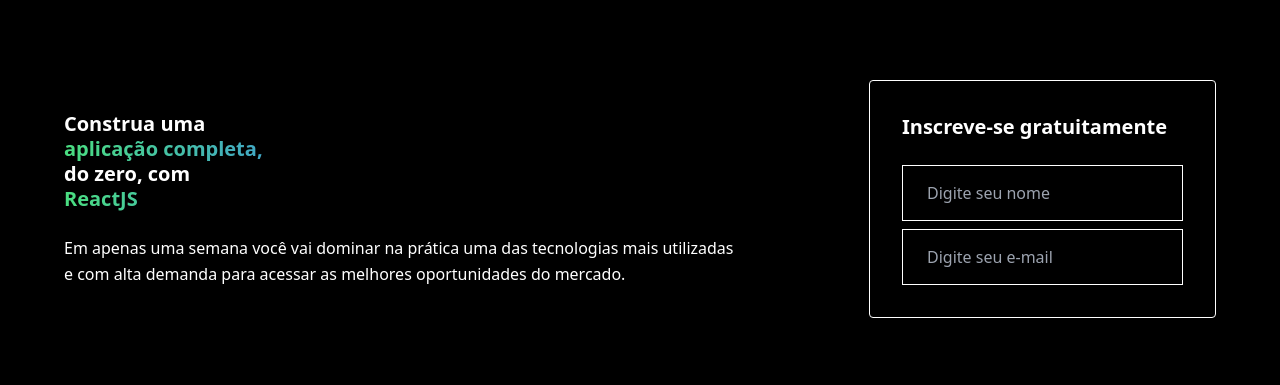
Repository: LuisSempre/Ignite-Lab---ReactJs-2022
Page: /
The author's editor kept a copy of each file at every save. The page is drawn from the files as they stood at one save, then again after the next save.
The browser window is 1280 px wide. The pictures show the whole page.
The project was rebuilt for these pictures with package versions that can differ from the ones it lists, and the page was loaded fresh each time. Also part of the build but not shown: vite.config.ts, components/Header.tsx, components/Lesson.tsx, components/Sidebar.tsx, pages/Event.tsx. Imported but missing from the stored project, and not drawn on this page: components/Video.

Above is the page before, as saved 2022-06-24 23:54:15.

### index.html
<!DOCTYPE html>
<html lang="en">
  <head>
    <meta charset="UTF-8" />
    <link rel="icon" type="image/svg+xml" href="/src/icon.png" />
    <meta name="viewport" content="width=device-width, initial-scale=1.0" />
    <title>Vite App</title>
  </head>
  <body>
    <div id="root"></div>
    <script type="module" src="/src/main.tsx"></script>
  </body>
</html>

### src/main.tsx
import React from 'react'
import ReactDOM from 'react-dom/client'
import App from './App'
import './index.css'

ReactDOM.createRoot(document.getElementById('root')!).render(
  <React.StrictMode>
      <App />
  </React.StrictMode>
)

### src/App.tsx
import { ApolloProvider, gql, useQuery } from "@apollo/client"
import { Router } from "../Router"
import { client } from '../lib/apollo'
import { BrowserRouter } from "react-router-dom"

function App() {
  return (
    <ApolloProvider client={client}>
      <BrowserRouter>
        <Router />
      </BrowserRouter>
    </ApolloProvider>
  )
}

export default App

### Router.tsx
import { Route, Routes } from "react-router-dom";
import { Event } from './pages/Event'
import { Subscribe } from './pages/Subscribe'
export function Router() {
    return(
      <Routes>
           <Route path="/" element={<Subscribe />}/>
           <Route path="/event" element={<Event />}/>
           <Route path="/event/lesson/:slug" element={<Event />}/>
      </Routes>
    )
}

### lib/apollo.ts
import { ApolloClient, InMemoryCache } from "@apollo/client";

export const client = new ApolloClient({
  uri: 'https://api-sa-east-1.graphcms.com/v2/cl4n4k5w68h3x01yra00r5rzf/master',
  cache: new InMemoryCache(),
})

### pages/Subscribe.tsx
export function Subscribe() {

    return (
        <div className='flex flex-col items-center min-h-screen'>
            <div className="flex items-center justify-between w-full max-w-6xl mx-auto mt-20">
                <div className="max-w-2xl">
                    <h1 className="mb-6 text-xl font-extrabold leading-tight">
                        Construa uma&nbsp;
                         <span className="block w-full text-transparent bg-clip-text bg-gradient-to-r from-green-400 via-blue-500 to-purple-500">
                            aplicação completa,&nbsp;
                        </span>
                        do zero, com&nbsp;
                         <span className="block w-full text-transparent bg-clip-text bg-gradient-to-r from-green-400 via-blue-500 to-purple-500">
                             ReactJS
                        </span>
                    </h1>
                    <p className="leading-relaxed">
                        Em apenas uma semana você vai dominar na prática uma das tecnologias mais utilizadas e com alta demanda para acessar as melhores oportunidades do mercado.
                    </p>
                </div>
                <div className="p-8 border border-white rounded">
                    <strong className="block mb-6 text-xl">Inscreve-se gratuitamente</strong>
                    <form action="" className="flex flex-col w-full gap-2">
                        <input className="px-6 bg-black border border-white h-14" type="text" placeholder="Digite seu nome"/>
                        <input className="px-6 bg-black border border-white h-14" type="text" placeholder="Digite seu e-mail"/>
                    </form>
                </div>
            </div>
        </div>
    )
}

Loaded but not shown: src/index.css (common file); tailwind.config.js (common file)

After the next save:
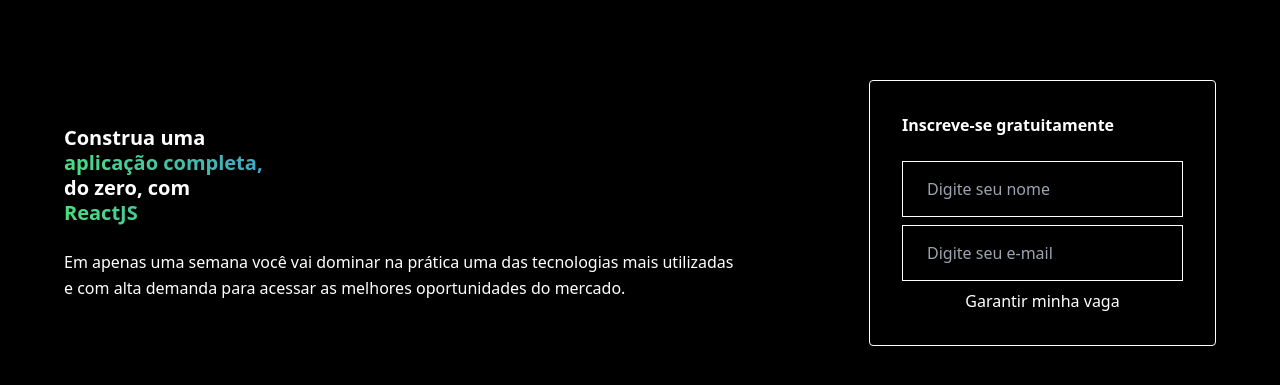
Saved 43 s later.
--- a/pages/Subscribe.tsx
+++ b/pages/Subscribe.tsx
@@ -19,10 +19,13 @@
                     </p>
                 </div>
                 <div className="p-8 border border-white rounded">
-                    <strong className="block mb-6 text-xl">Inscreve-se gratuitamente</strong>
+                    <strong className="block mb-6 text- xl">Inscreve-se gratuitamente</strong>
                     <form action="" className="flex flex-col w-full gap-2">
                         <input className="px-6 bg-black border border-white h-14" type="text" placeholder="Digite seu nome"/>
                         <input className="px-6 bg-black border border-white h-14" type="text" placeholder="Digite seu e-mail"/>
+                        <button>
+                            Garantir minha vaga
+                        </button>
                     </form>
                 </div>
             </div>
